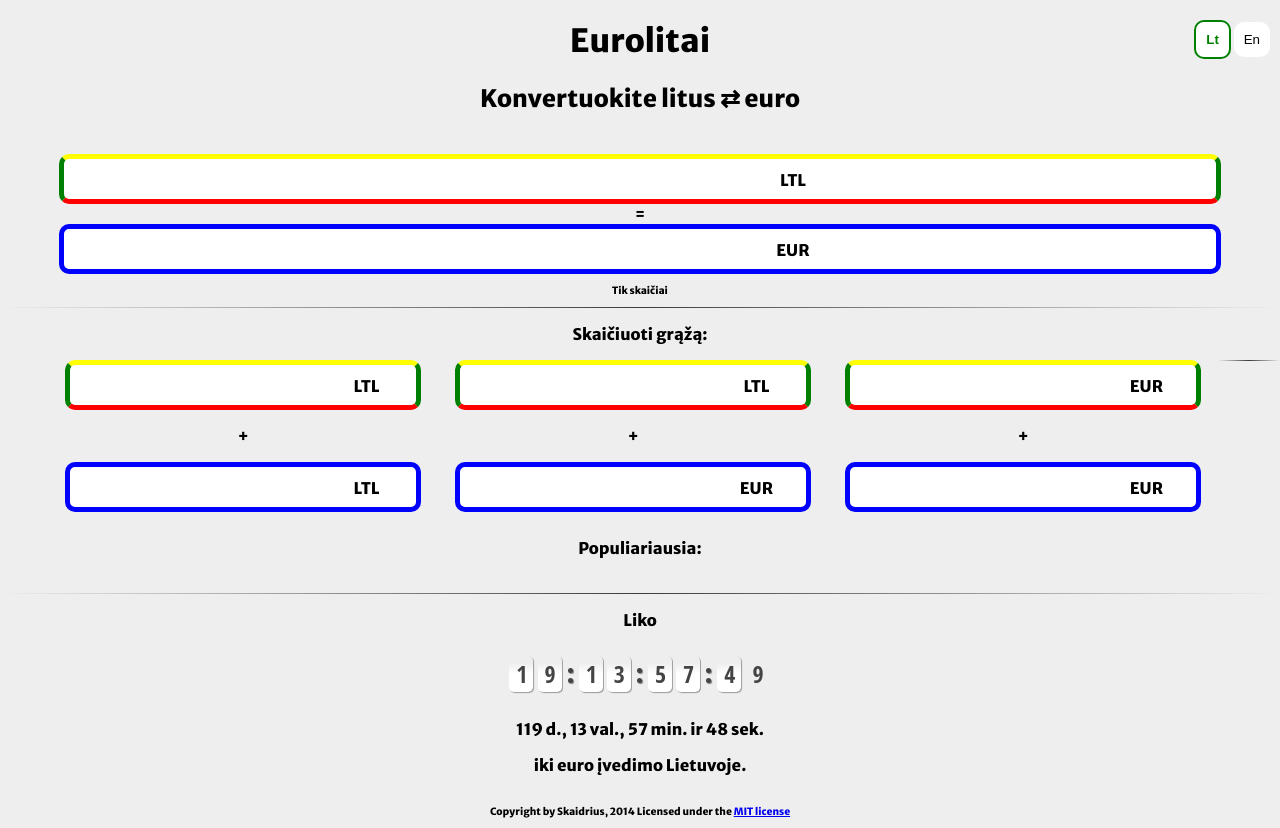
Repository: Skaidrius/eurolitai
Page: index.html
The author's editor kept a record of every edit. The page is drawn from the files as they stood at one moment, then again after the next edit.
The browser window is 1280 px wide. The pictures show the whole page.
Some web libraries are served in a nearby version.

Above is the page before.

After the next edit:
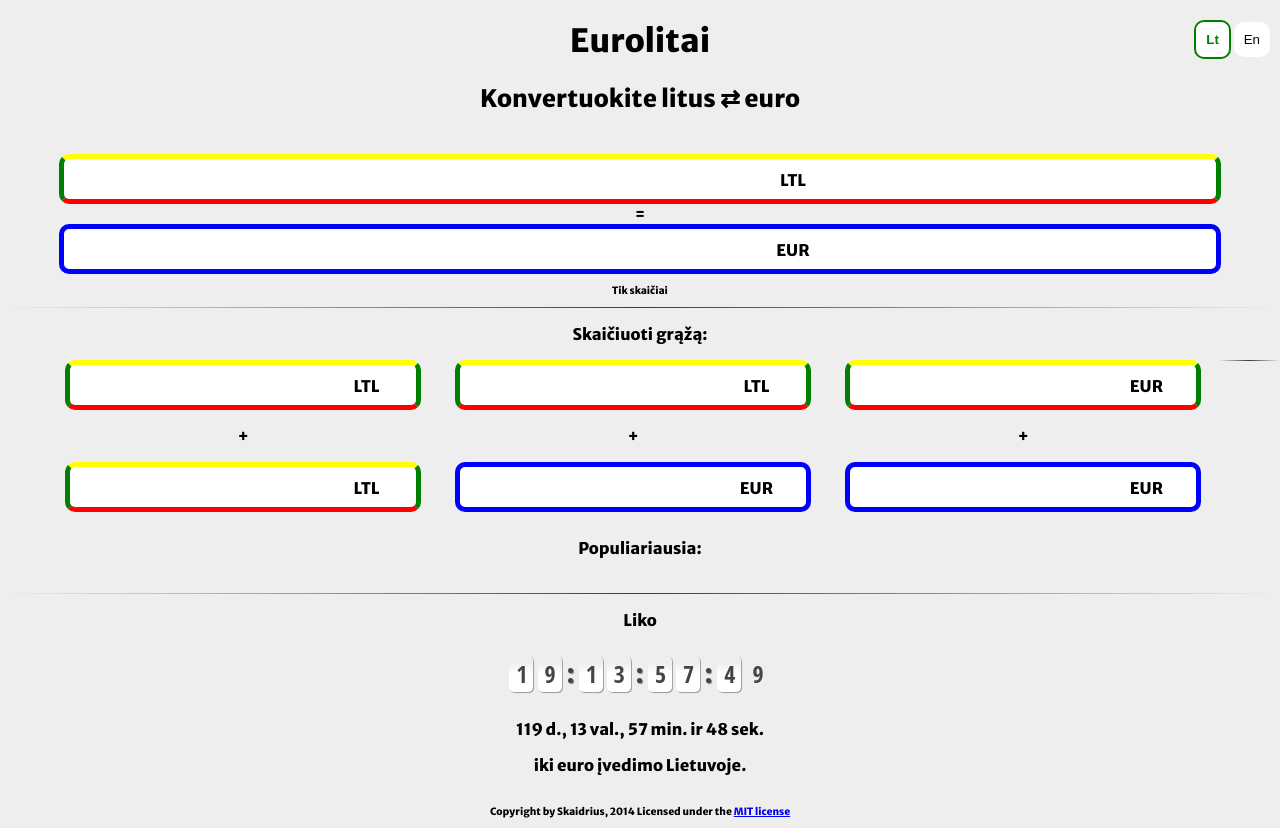
The edit:
--- a/index.html
+++ b/index.html
@@ -50,7 +50,7 @@
               <label class="money" for="lt">LTL</label>
             </div>
             <p>+</p>
-            <div class="box eur round">
+            <div class="box lt round">
               <input class="input center" type="number" id="changeLtLt2" name="lt">
               <label class="money" for="lt">LTL</label>
             </div>
